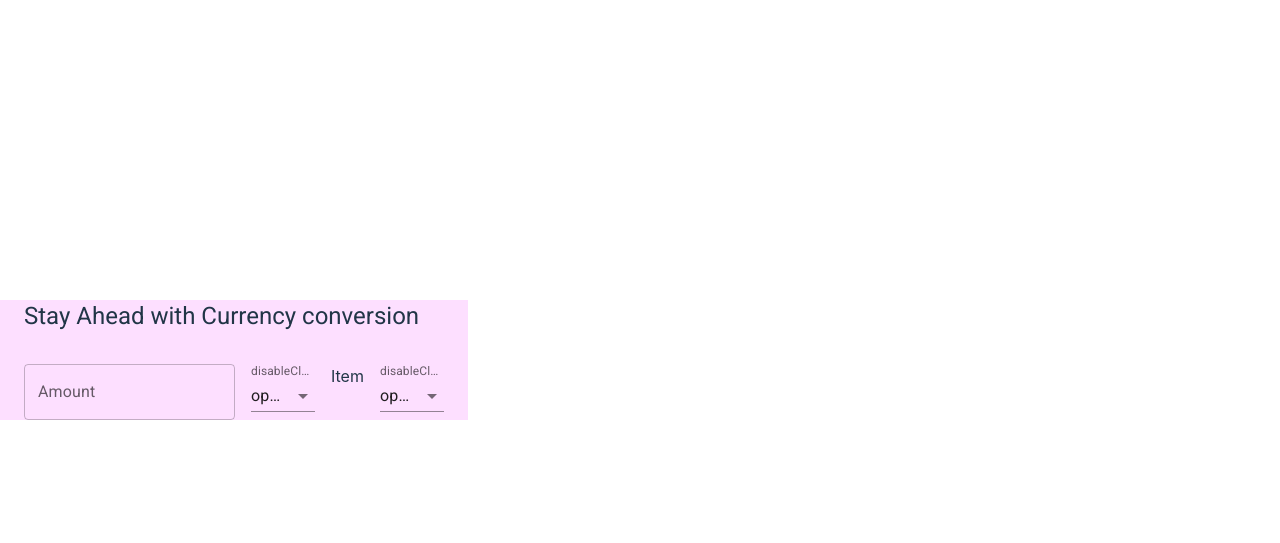
Repository: Asad-devv/CURRENCY
Page: /
An editor plug-in stored every save of this project. The page is shown before and after the next save, followed by the edit.
The browser window is 1280 px wide. The pictures show the whole page.
The project was rebuilt for these pictures with package versions that can differ from the ones it lists, and the page was loaded fresh each time. Also part of the build but not shown: craco.config.js.

Above is the page before, as saved 2023-03-01 22:17:00.

After the next save:
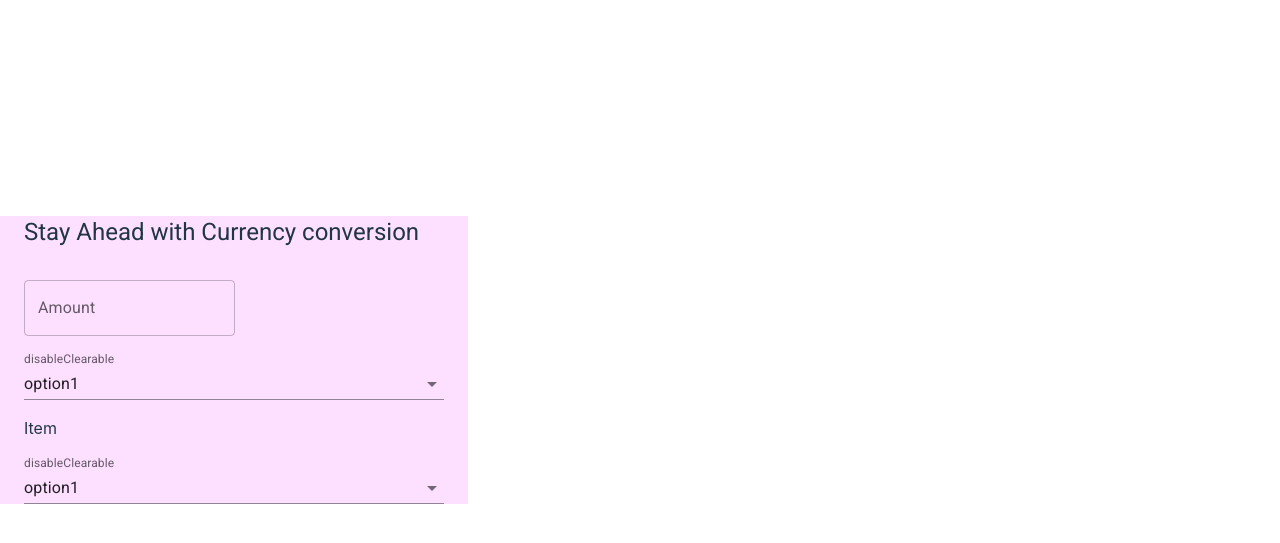
Saved 14 s later.
--- a/src/components/selectCountry.jsx
+++ b/src/components/selectCountry.jsx
@@ -2,7 +2,7 @@ import React from 'react'
 import {Autocomplete, Grid,Box ,TextField} from "@mui/material"
 const SelectCountry = () => {
   return (
-    <Grid item>
+    <Grid item xs={12}>
     {/* <Autocomplete></Autocomplete> */}
     <Autocomplete
         value="option1"
